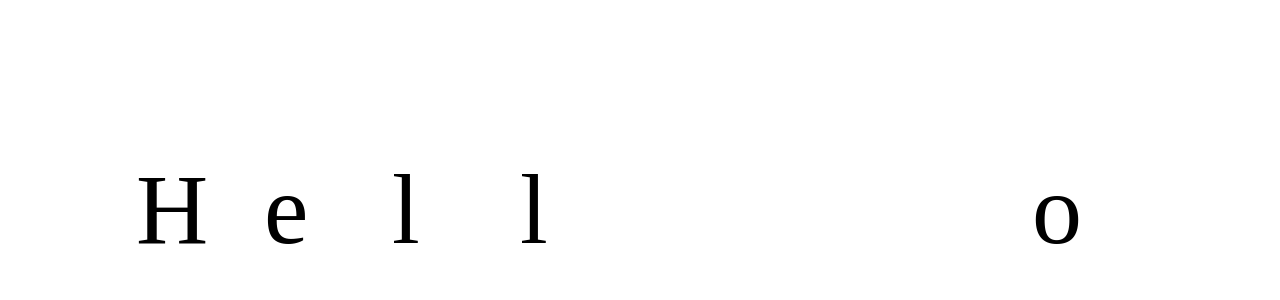
Repository: julihocc/javascript-interview-practice
Page: 01 HTML CSS/Exercise 75/index.html
The author's editor kept a copy of each file at every save. The page is drawn from the files as they stood at one save, then again after the next save.
The browser window is 1280 px wide. The pictures show the whole page.

Above is the page before, as saved 2022-09-30 00:21:06.

After the next save:
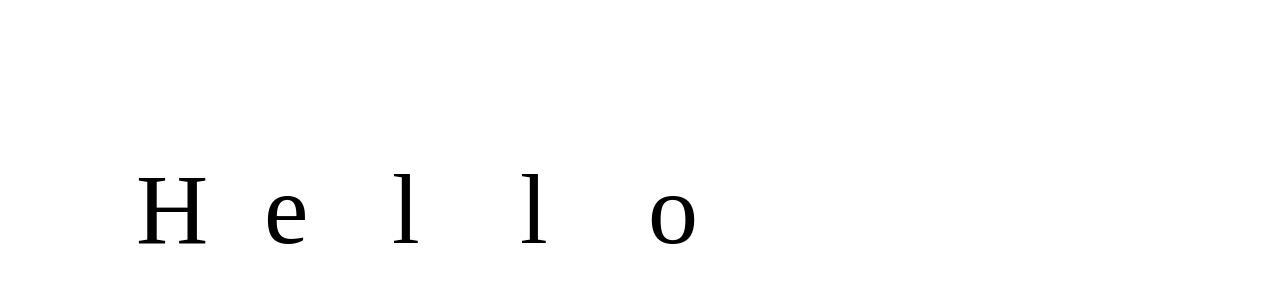
Saved 2 s later.
--- a/01 HTML CSS/Exercise 75/style.css
+++ b/01 HTML CSS/Exercise 75/style.css
@@ -36,5 +36,5 @@
 }
 
 #l5, #l5:hover {
-    left: 80vw;
+    left: 50vw;
 }
